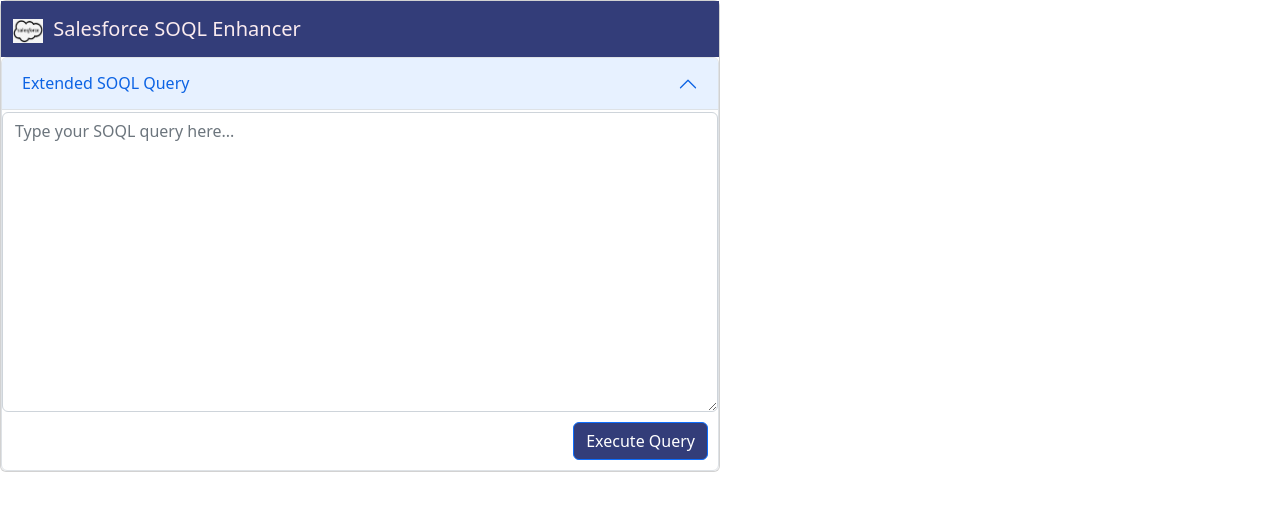
Repository: anweshpargi/salesforceExtension
Page: popup.html
These files come from the project's save history. The page is drawn as it stood at one moment and after the next save; the edit follows.
The browser window is 1280 px wide. The pictures show the whole page.

Above is the page before, as saved 2023-08-27 01:07:51.
Not found: js/jsforce.js

After the next save:
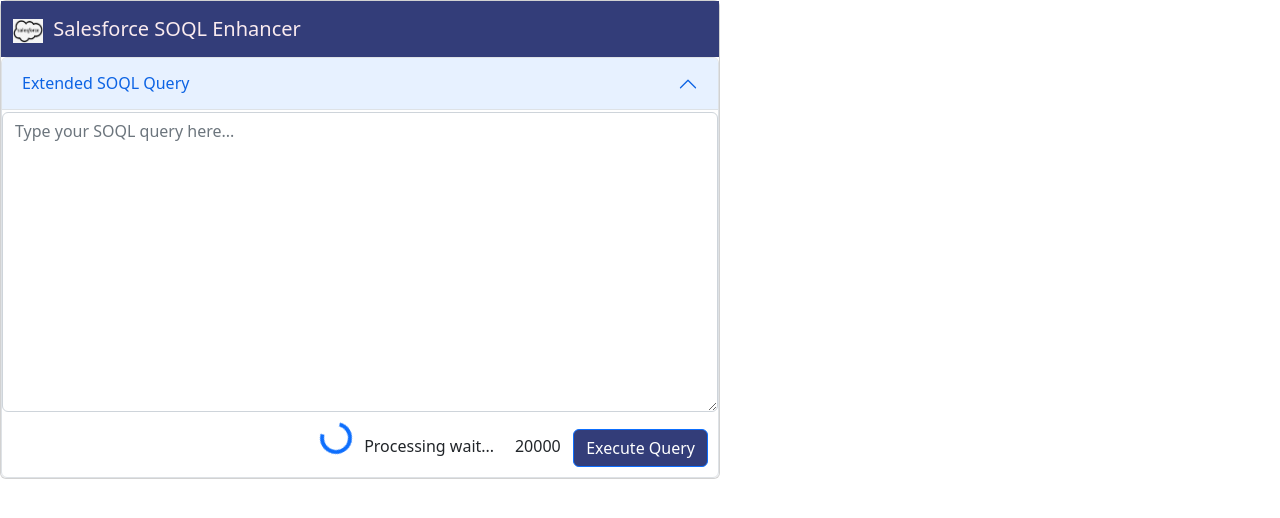
Saved 24 s later.
--- a/popup.html
+++ b/popup.html
@@ -43,7 +43,7 @@
                             placeholder="Type your SOQL query here..." id="floatingtextarea"></textarea>
                     </div>
                     <div style="text-align: right; margin: 10px;">
-                        <span id="loader" style="display: none;">
+                        <span id="loader">
                             <span class="spinner-border text-primary"  role="status"></span>
                             <span > &nbsp; Processing wait... &nbsp; &nbsp;</span>
                             <span> 20000 </span>&nbsp;
